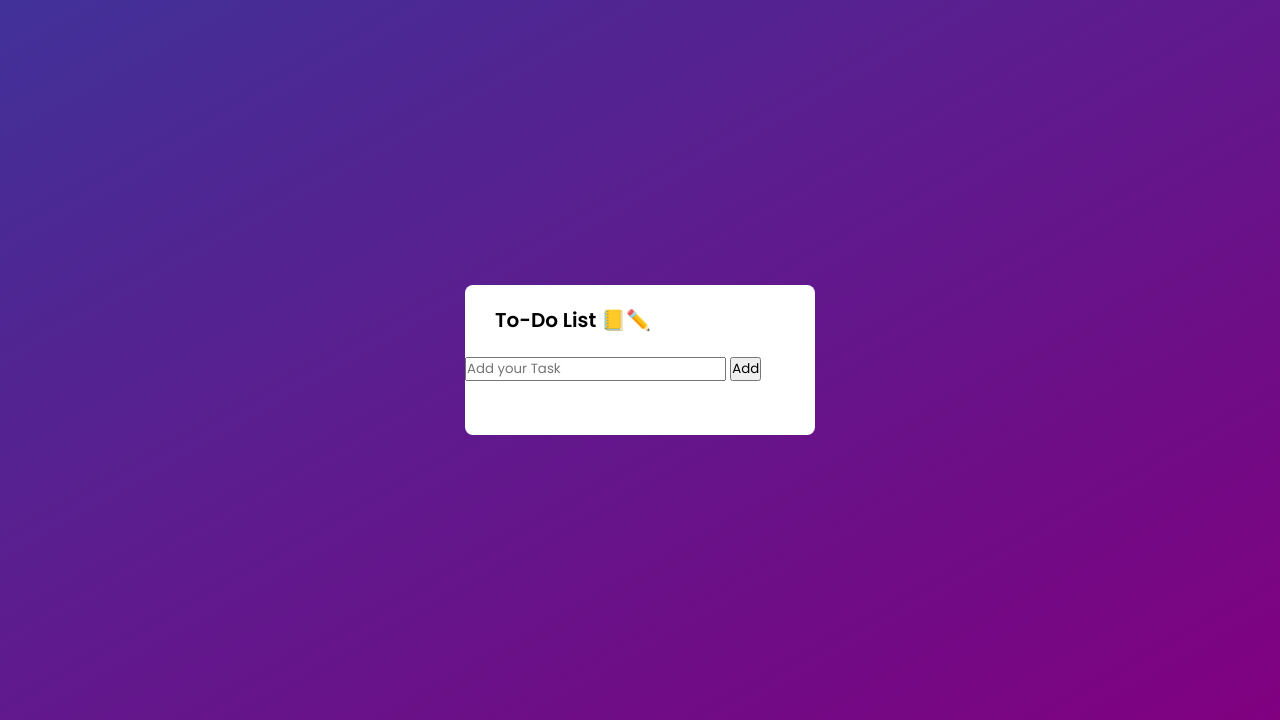
Repository: Ankitkr2021/To-Do-List
Page: index.html
The author's editor kept a copy of each file at every save. The page is drawn from the files as they stood at one save, then again after the next save.
The browser window is 1280 px wide. The pictures show the whole page.

Above is the page before, as saved 2025-10-03 10:04:25.

### index.html
<!DOCTYPE html>
<html lang="en">
<head>
    <meta charset="UTF-8">
    <meta name="viewport" content="width=device-width, initial-scale=1.0">
    <title>To-Do-List</title>
    <link rel="stylesheet" href="./style.css">
</head>
<body>
    <div class="box">
        <h1>To-Do List 📒✏️</h1>
        <div class="task">
        <input id="add" type="text" placeholder="Add your Task">
        <button type="submit">Add</button>
        </div>
    </div>
</body>
</html>

### style.css
@import url("https://fonts.googleapis.com/css2?family=Poppins:wght@300;400;500;600;700&display=swap");

*{
    margin: 0;
    padding: 0;
    box-sizing: border-box;
    font-family: 'Poppins',sans-serif;
}

body{
    display: flex;
    justify-content: center;
    align-items: center;
    height: 100vh;
    background: linear-gradient(to bottom right, rgba(40, 22, 139, 0.884), purple);
}

.box {
    background: #fff;
    height: 150px;
    max-height: 300px;
    width: 350px;
    border-radius: 8px;
}

.box h1 {
    padding: 20px 30px;
    font-size: 20px;
    font-weight: 600;
}

After the next save:
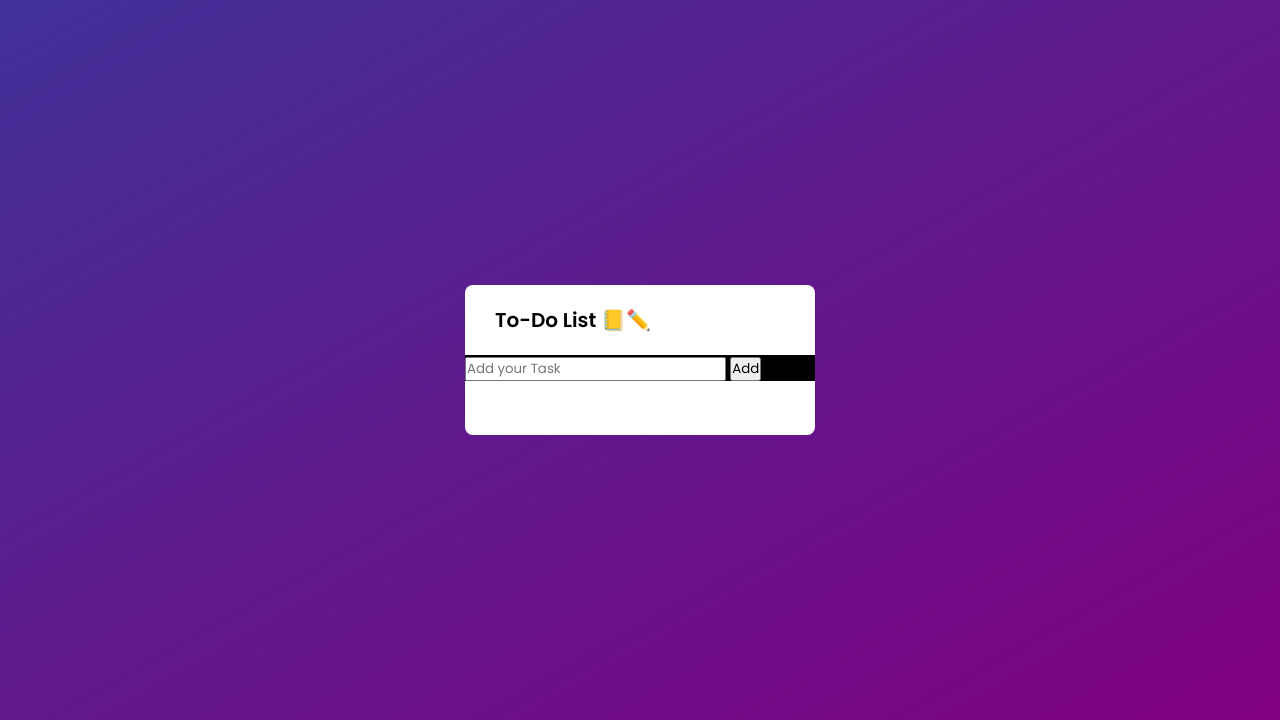
Saved 17 s later.
--- a/style.css
+++ b/style.css
@@ -28,3 +28,7 @@ body{
     font-size: 20px;
     font-weight: 600;
 }
+
+.task {
+    background: #000;
+}
